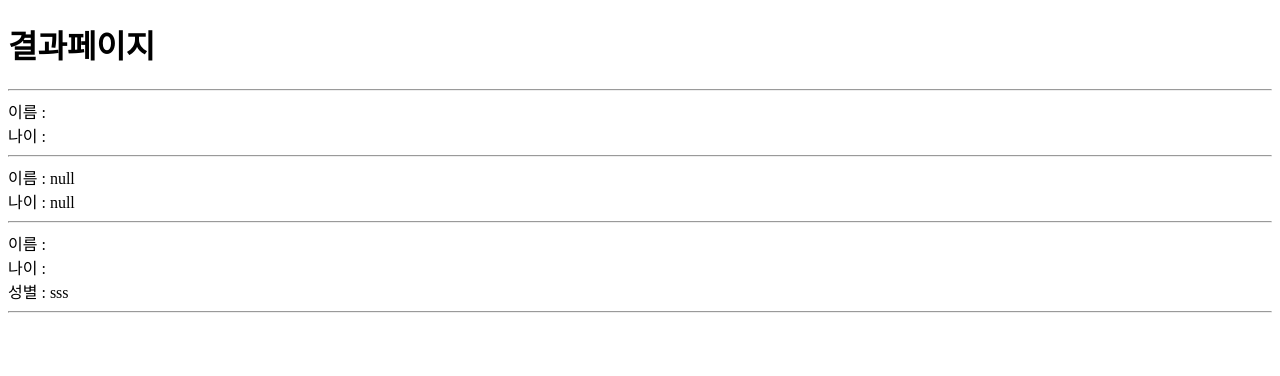
Repository: Cyoungju/workspace
Page: http://localhost/test/result
An editor plug-in stored every save of this project. The page is shown before and after a run of saves, followed by the edit.
The browser window is 1280 px wide. The pictures show the whole page.
The page is served by Tomcat 9. Other server files are loaded and not shown.

Above is the page before, as saved 2024-01-31 06:38:34.

### ws-jsp-servlet/test/src/main/webapp/result.jsp
<%@ page language="java" contentType="text/html; charset=UTF-8"
    pageEncoding="UTF-8"%>
<%
	// 자바코드를 넣어줘도됨 - 위치는 상관없음

	String name = request.getParameter("name");
	String age = request.getParameter("age");
	// <%= 변수이름(값)을 넣을때는 이렇게 변수를 만들어줘야함

	pageContext.setAttribute("name", name); // 속성값설정 - 키벨류 형태
	pageContext.setAttribute("age", age);
	// ${속성이름}= 내가정해준이름으로 데이터를 정의해주고 불러올수있음

	// pageContext
	// 페이지마다(파일마다) 저장소가 있음 - 페이지를 벗어나면 데이터가 사라짐
	// 페이지 전용저장소

	// 4대저장소
	// pageContext(페이지저장소)
	// sesstion(연결상태 - 브라우저 끄기 전까지는 유지가됨)
	// application(서비스를이용하는 모든사람들이 이용하는 공간 - 서버 돌아가는동안은 계속 유지됨)
	// ** request() - 요청이 이루어질동안유효함 - request.getRequestDispatcher("result.jsp").forward(request, response);
	// 로그인데이터 - 세션영역에 저장하는게 좋음
%>
<!DOCTYPE html>
<html>
<head>
<meta charset="UTF-8">
<title>Insert title here</title>
</head>
<body>
	<h1>결과페이지</h1>
	<hr>
	이름 : ${param.name}<br>
	나이 : ${param.age}<br>
	<!-- request에서 parameter에 있는 애들만 불러오는 방법 -->
	<hr>
	이름 : <%= name %><br>
	나이 : <%= age %><br>
	<hr>
	이름 : ${name}<br>
	나이 : ${age}<br>
	성별 : ${gender}
	<hr>
</body>
</html>

### ws-jsp-servlet/test/src/main/java/controller/ResultServlet.java
package controller;

import java.io.IOException;
import javax.servlet.ServletException;
import javax.servlet.annotation.WebServlet;
import javax.servlet.http.HttpServlet;
import javax.servlet.http.HttpServletRequest;
import javax.servlet.http.HttpServletResponse;

/**
 * Servlet implementation class Result
 */
@WebServlet("/result")
public class ResultServlet extends HttpServlet {
	private static final long serialVersionUID = 1L;


	protected void doGet(HttpServletRequest request, HttpServletResponse response) throws ServletException, IOException {
		String name = request.getParameter("name"); //input name의 값과 동일
		String age = request.getParameter("age");
		System.out.println(name + age);

		request.setAttribute("gender", "sss");
		//response.sendRedirect("result.jsp");
		//요청처리단계 - 요청위임 (포워딩)
		request.getRequestDispatcher("result.jsp").forward(request, response);


	}



}

After the next 2 saves:
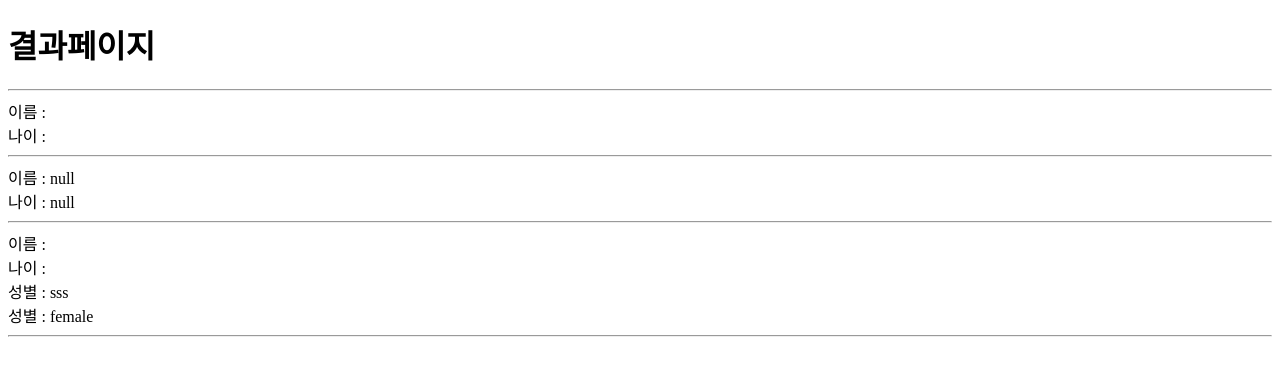
The 2 saves are shown as one change because they came seconds apart.
The last was saved 3 min 6 s later.
--- a/ws-jsp-servlet/test/src/main/webapp/result.jsp
+++ b/ws-jsp-servlet/test/src/main/webapp/result.jsp
@@ -9,6 +9,7 @@
 
 	pageContext.setAttribute("name", name); // 속성값설정 - 키벨류 형태
 	pageContext.setAttribute("age", age);
+	pageContext.setAttribute("gender", "female"); //페이지영역의 우선권 : pageContext - request - sesstion - application 순서대로
 	// ${속성이름}= 내가정해준이름으로 데이터를 정의해주고 불러올수있음
 
 	// pageContext
@@ -40,7 +41,8 @@
 	<hr>
 	이름 : ${name}<br>
 	나이 : ${age}<br>
-	성별 : ${gender}
+	성별 : ${requestScope.gender} <!-- request 영역에 있는 gender 를 읽어옴 --> <br>
+	성별 : ${pageScope.gender}
 	<hr>
 </body>
 </html>
